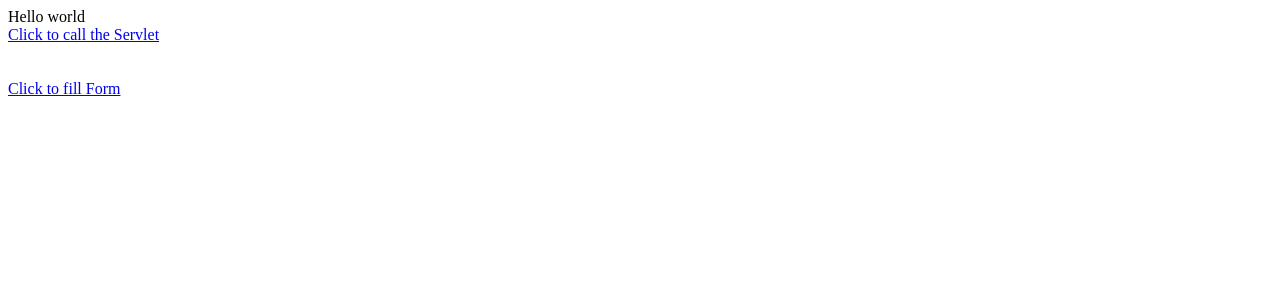
Repository: mayankk2202/Phase-2
Page: DemoServlet/src/main/webapp/Index.html
These files come from the project's save history. The page is drawn as it stood at one moment and after the next save; the edit follows.
The browser window is 1280 px wide. The pictures show the whole page.

Above is the page before, as saved 2021-06-27 13:02:56.

### DemoServlet/src/main/webapp/Index.html
<!DOCTYPE html>
<html>
<head>
<meta charset="ISO-8859-1">
<title>MyFirstWebPage</title>
</head>
<body>
Hello world <br>
<a href="/DemoServlet/MyFirstWebPage">Click to call the Servlet</a>
<br><br><br>
<a href="/DemoServlet/Form.html">Click to fill Form</a>
</body>
</html>

After the next save:
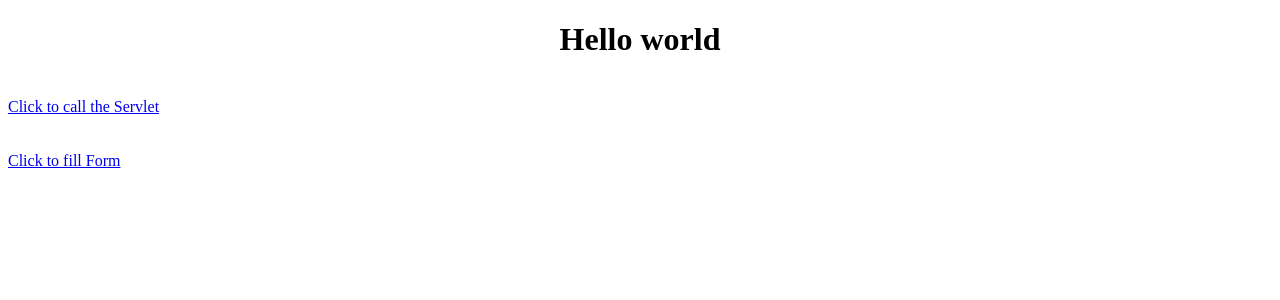
Saved 6 min 37 s later.
--- a/DemoServlet/src/main/webapp/Index.html
+++ b/DemoServlet/src/main/webapp/Index.html
@@ -5,7 +5,8 @@
 <title>MyFirstWebPage</title>
 </head>
 <body>
-Hello world <br>
+<h1 align = "Center">Hello world</h1>
+ <br>
 <a href="/DemoServlet/MyFirstWebPage">Click to call the Servlet</a>
 <br><br><br>
 <a href="/DemoServlet/Form.html">Click to fill Form</a>
